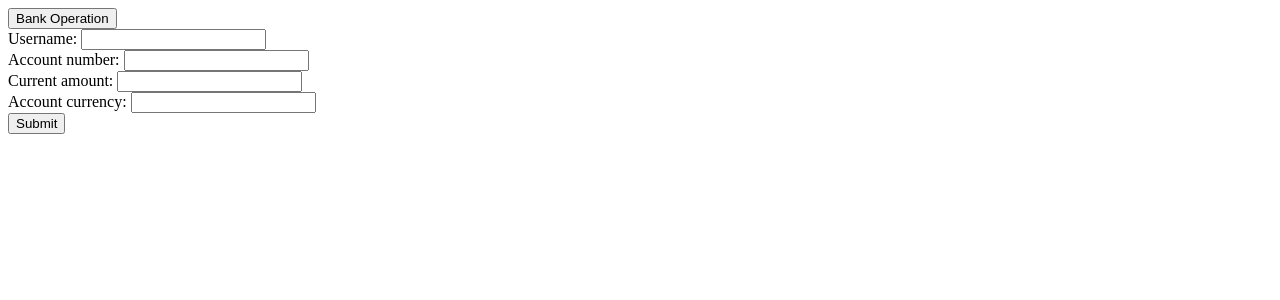
Repository: Aleksandyr/Java
Page: http://localhost/07.SpringSecurityHomework/home
An editor plug-in stored every save of this project. The page is shown before and after the next save, followed by the edit.
The browser window is 1280 px wide. The pictures show the whole page.
The page is served by Tomcat 9. Other server files are loaded and not shown.

Above is the page before, as saved 2016-03-02 14:56:48.

### Java-Web-Development-Homeworks/07.SpringSecurityHomework/src/main/webapp/WEB-INF/views/registerPage.jsp
<%@ taglib prefix="form" uri="http://www.springframework.org/tags/form"%>
<%@ taglib uri="http://java.sun.com/jsp/jstl/core" prefix="c" %>

<c:set var="accNum" value= '<%= session.getAttribute("accNum") %>' />
<c:set var="accInitAmount" value= '<%= session.getAttribute("accInitAmount") %>' />

<!DOCTYPE html PUBLIC "-//W3C//DTD HTML 4.01 Transitional//EN" "http://www.w3.org/TR/html4/loose.dtd">
<html>
<head>
<meta http-equiv="Content-Type" content="text/html; charset=ISO-8859-1">
<title>Insert title here</title>
</head>
<body>

	<button type="button" onclick="location = 'bankOperation'">Bank Operation</button>

	<form:form method="POST" action="registerPage">
		<label>Username:</label>
		<input type="text" name="username" />
		<br/>
		<label>Account number:</label>
		<input type="text" name="acc_number" />
		<br/>
		<label>Current amount:</label>
		<input type="number" name="curr_amount" />
		<br/>
		<label>Account currency:</label>
		<input type="text" name="acc_currency" />
		<br/>
		<input type="submit" value="Submit" />
	</form:form>
	<div>
	</div>
</body>
</html>

After the next save:
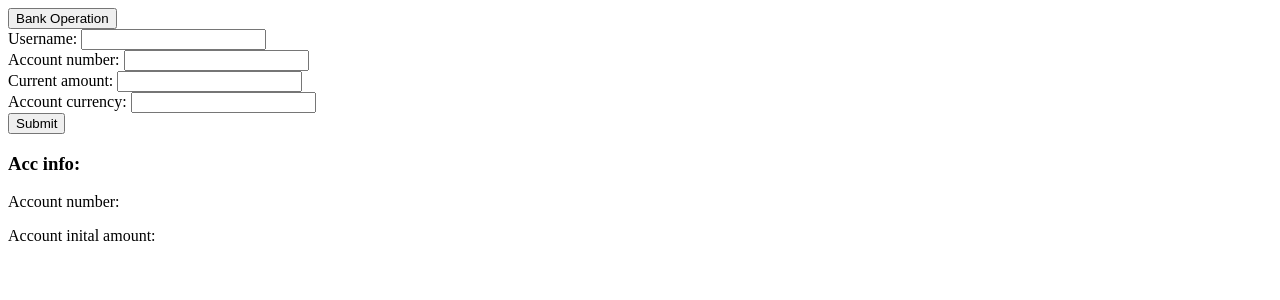
Saved 44 s later.
--- a/Java-Web-Development-Homeworks/07.SpringSecurityHomework/src/main/webapp/WEB-INF/views/registerPage.jsp
+++ b/Java-Web-Development-Homeworks/07.SpringSecurityHomework/src/main/webapp/WEB-INF/views/registerPage.jsp
@@ -30,6 +30,10 @@
 		<input type="submit" value="Submit" />
 	</form:form>
 	<div>
+		<h3>Acc info:</h3>
+		<p>Account number: ${accNum}</p>
+		<p>Account inital amount: ${accInitAmount}</p>
+
 	</div>
 </body>
 </html>
